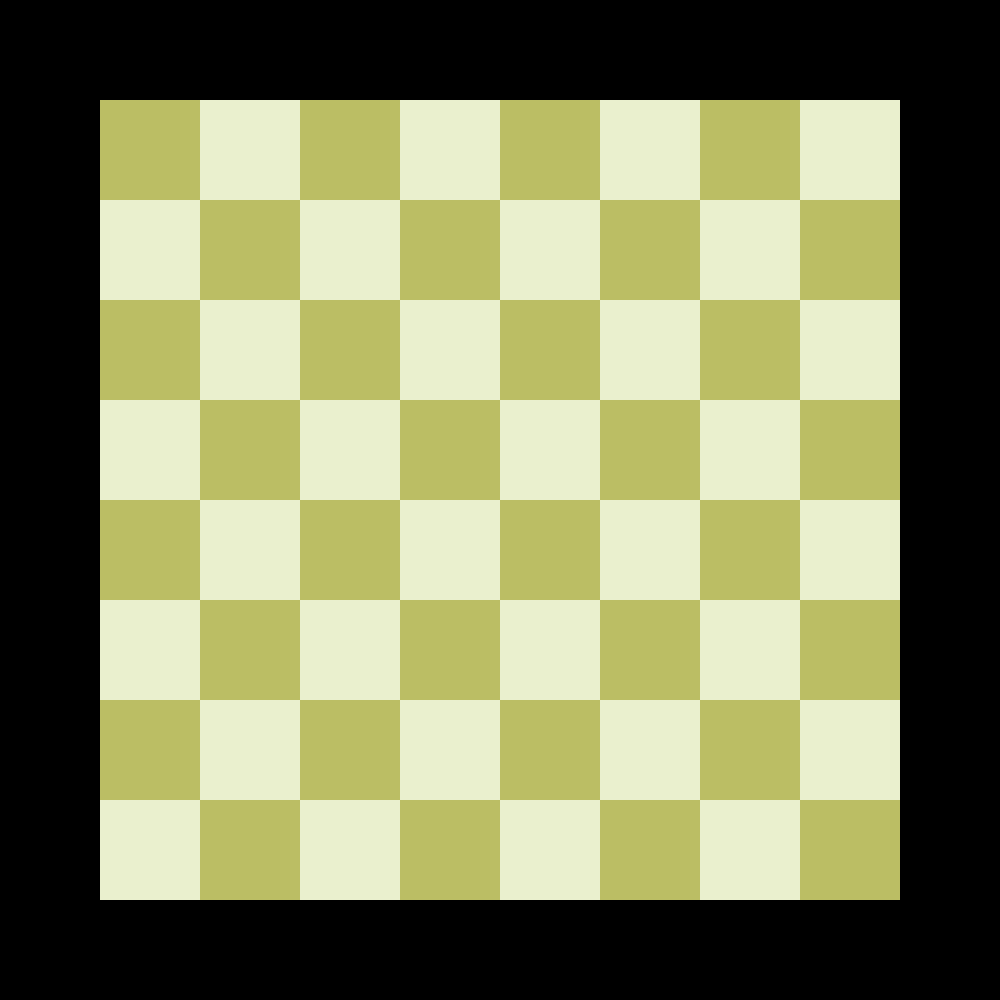
Repository: a-longe/capstone
Script's output: python engine/drag_n_drop_test.py
The author's editor kept a copy of each file at every save. The script's output is drawn from the files as they stood at one save, then again after a run of saves.
The window is shown after at most 60 frames with no key pressed. Random numbers start from a fixed seed. It also reads engine/images/bK.png, engine/images/bP.png, engine/images/wK.png, engine/images/wP.png.

Above is the script's output before, as saved 2023-12-15 13:34:14.

After the next 2 saves:
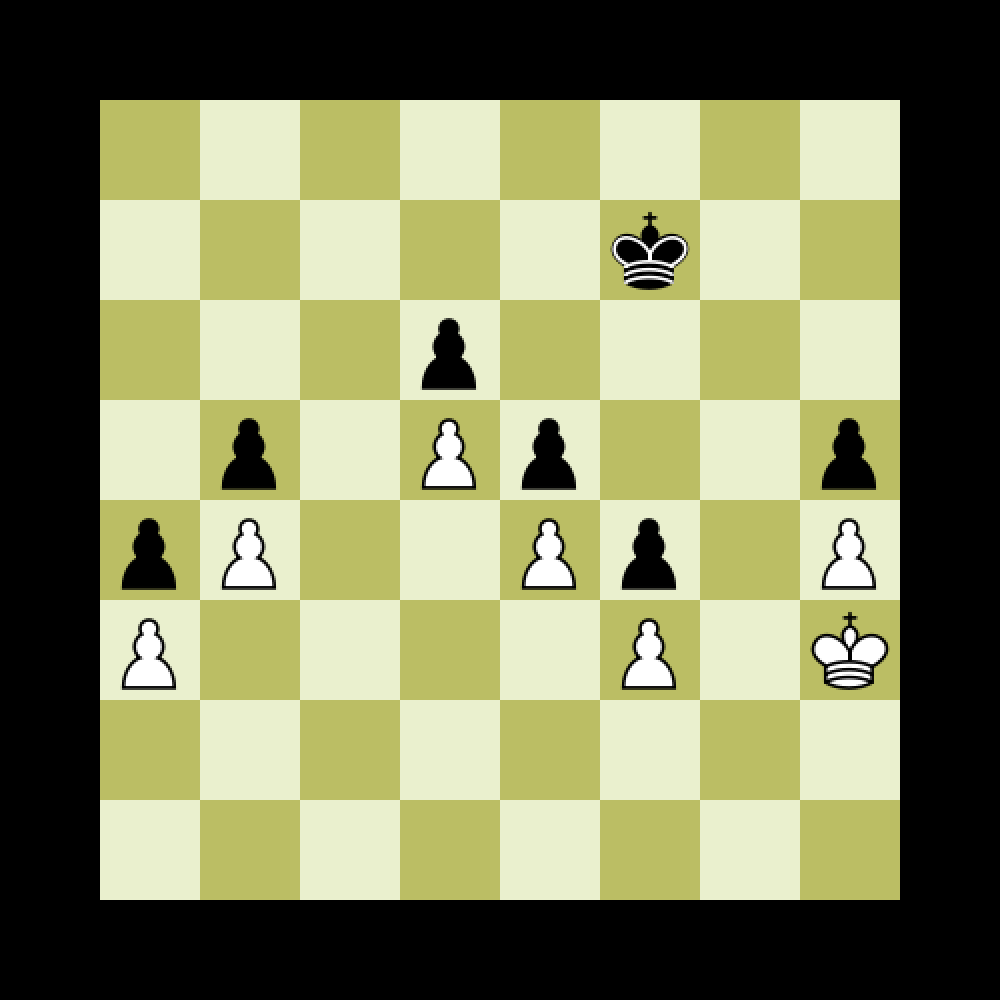
The 2 saves are shown as one change because 1 did not build or start.
The last was saved 71 s later.
--- a/engine/drag_n_drop_test.py
+++ b/engine/drag_n_drop_test.py
@@ -119,8 +119,8 @@ class Board:
         for piece_data in positions:
             board_rel_cords = (piece_data[RECT_DATA][0] - 100,
                                piece_data[RECT_DATA][1] - 100)
-            map_key = sum(board_rel_cords[0] / SQUARE_SIZE,
-                          board_rel_cords[1] / SQUARE_SIZE)
+            map_key = sum([int(board_rel_cords[0] / SQUARE_SIZE),
+                          int(board_rel_cords[1] / SQUARE_SIZE)])
             print(map_key)
             self.players.append(Piece(self, piece_data[RECT_DATA],
                                     piece_data[GLYPH]))
@@ -223,7 +223,7 @@ def game_event_loop(Board):
 if __name__ == "__main__":
     os.environ['SDL_VIDEO_CENTERED'] = '1'
     pg.init()
-    MyBoard = Board(fen_to_pieces('8/8/8/8/8/8/8/8 w - - 0 1'))
+    MyBoard = Board(fen_to_pieces('8/5k2/3p4/1p1Pp2p/pP2Pp1P/P4P1K/8/8 b - - 99 50'))
     MyClock = pg.time.Clock()
     while True:
         main(MyBoard)
